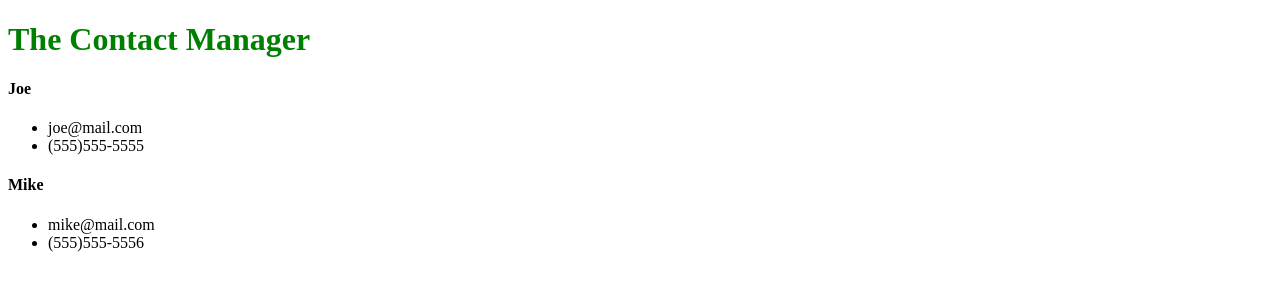
Repository: MikeTroianello/Contact-Manager
Page: /
An editor plug-in stored every save of this project. The page is shown before and after the next save, followed by the edit.
The browser window is 1280 px wide. The pictures show the whole page.
The project was rebuilt for these pictures with package versions that can differ from the ones it lists, and the page was loaded fresh each time. Also part of the build but not shown: src/App.css.

Above is the page before, as saved 2019-05-19 00:06:27.

### src/App.js
import React from "react";
import Contact from "./components/Contact";
import "./App.css";
import Header from "./components/Header";

function App() {
  return (
    <div className="App">
      <Header branding="The Contact Manager" />
      <Contact name="Joe" email="joe@mail.com" phone="(555)555-5555" />
      <Contact name="Mike" email="mike@mail.com" phone="(555)555-5556" />
    </div>
  );
}

export default App;

### src/components/Contact.js
import React, { Component } from "react";
import PropTypes from "prop-types";

class Contact extends Component {
  render() {
    const { name, email, phone } = this.props;
    return (
      <div>
        <h4>{name}</h4>
        <ul>
          <li>{email}</li>
          <li>{phone}</li>
        </ul>
      </div>
    );
  }
}

Contact.propTypes = {
  name: PropTypes.string.isRequired,
  email: PropTypes.string.isRequired,
  phone: PropTypes.string.isRequired
};

export default Contact;

### src/components/Header.js
import React from "react";
import PropTypes from "prop-types";

const Header = props => {
  const { branding } = props;
  return (
    <div>
      <h1 style={{ color: "green" }}>{branding}</h1>
    </div>
  );
};

Header.defaultProps = {
  branding: "My App"
};

Header.propTypes = {
  branding: PropTypes.string.isRequired
};

export default Header;

Loaded but not shown: src/index.js (common file); src/serviceWorker.js (common file)

After the next save:
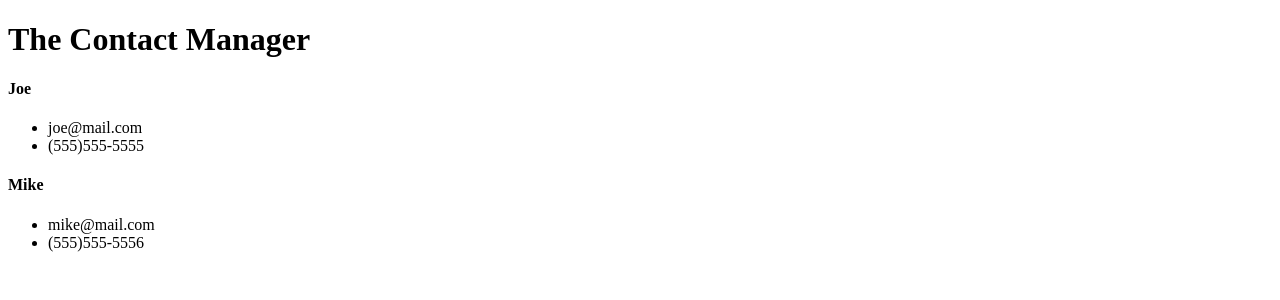
Saved 21 s later.
--- a/src/components/Header.js
+++ b/src/components/Header.js
@@ -5,7 +5,7 @@
   const { branding } = props;
   return (
     <div>
-      <h1 style={{ color: "green" }}>{branding}</h1>
+      <h1>{branding}</h1>
     </div>
   );
 };

After the save that followed:
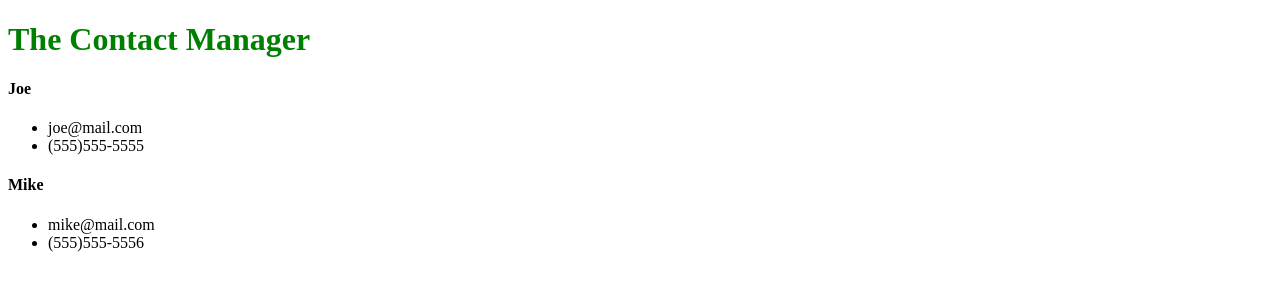
Saved 10 s later.
--- a/src/components/Header.js
+++ b/src/components/Header.js
@@ -5,7 +5,7 @@
   const { branding } = props;
   return (
     <div>
-      <h1>{branding}</h1>
+      <h1 style={{ color: "green" }}>{branding}</h1>
     </div>
   );
 };
